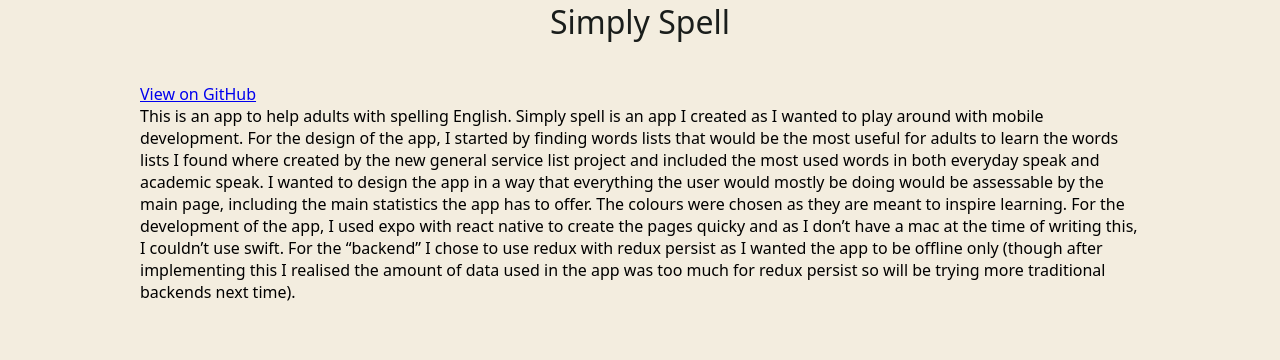
Repository: David-Waite/simpleespellwebsite
Page: /
The author's editor kept a copy of each file at every save. The page is drawn from the files as they stood at one save, then again after a run of saves.
The browser window is 1280 px wide. The pictures show the whole page.
The project was rebuilt for these pictures with package versions that can differ from the ones it lists, and the page was loaded fresh each time.

Above is the page before, as saved 2023-07-27 19:15:31.

### src/index.css
* {
  margin: 0;
  padding: 0;
  font-family: system-ui, -apple-system, BlinkMacSystemFont, "Segoe UI", Roboto,
    Oxygen, Ubuntu, Cantarell, "Open Sans", "Helvetica Neue", sans-serif;
}

body {
  background-color: #f3eddf;
  width: 100vw;
}

.container {
  display: flex;
  flex-direction: column;
  align-items: center;
  max-width: 1000px;
  margin: 0 auto;
  overflow: hidden;
  gap: 40px;
}

h1 {
  text-align: center;
  font-weight: 300;
  color: #191d1b;
}

### src/App.js
import { useState, useEffect } from "react";
import { useRef } from "react";
import styles from "./index.css";

export default function App(props) {
  let images = [
    "../simplySpell1.PNG",
    "../simplySpell2.PNG",
    "../simplySpell3.PNG",
    "../simplySpell4.PNG",
    "../simplySpell5.PNG",
    "../simplySpell6.PNG",
    "../simplySpell7.PNG",
    "../simplySpell8.PNG",
    "../simplySpell9.PNG",
  ];

  return (
    <div className="container">
      <h1>Simply Spell</h1>

      <div>
        <a href="https://github.com/David-Waite/SpellingApp">View on GitHub</a>
        <p>
          This is an app to help adults with spelling English. Simply spell is
          an app I created as I wanted to play around with mobile development.
          For the design of the app, I started by finding words lists that would
          be the most useful for adults to learn the words lists I found where
          created by the new general service list project and included the most
          used words in both everyday speak and academic speak. I wanted to
          design the app in a way that everything the user would mostly be doing
          would be assessable by the main page, including the main statistics
          the app has to offer. The colours were chosen as they are meant to
          inspire learning. For the development of the app, I used expo with
          react native to create the pages quicky and as I don’t have a mac at
          the time of writing this, I couldn’t use swift. For the “backend” I
          chose to use redux with redux persist as I wanted the app to be
          offline only (though after implementing this I realised the amount of
          data used in the app was too much for redux persist so will be trying
          more traditional backends next time).
        </p>
      </div>
    </div>
  );
}

Loaded but not shown: public/index.html (common file); src/index.js (common file); src/reportWebVitals.js (common file)

After the next 2 saves:
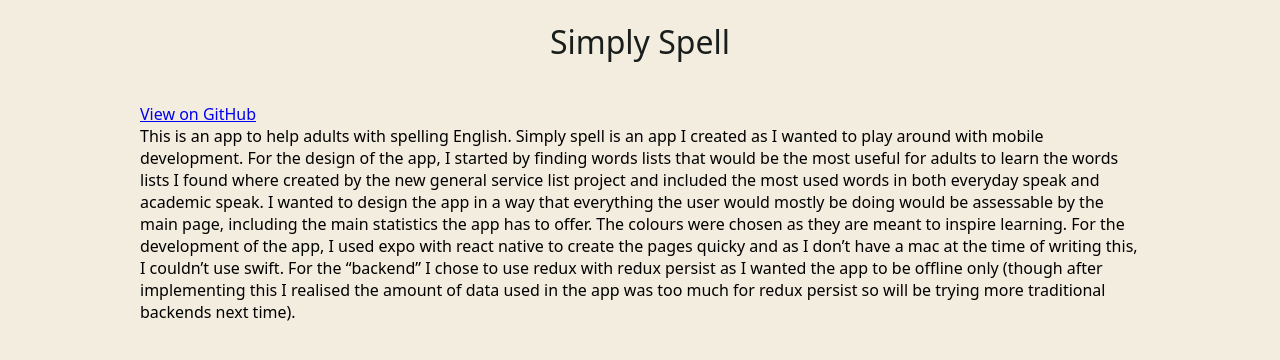
The 2 saves are shown as one change because they came seconds apart.
The last was saved 13 s later.
--- a/src/index.css
+++ b/src/index.css
@@ -7,7 +7,8 @@
 
 body {
   background-color: #f3eddf;
-  width: 100vw;
+
+  padding: 20px;
 }
 
 .container {
